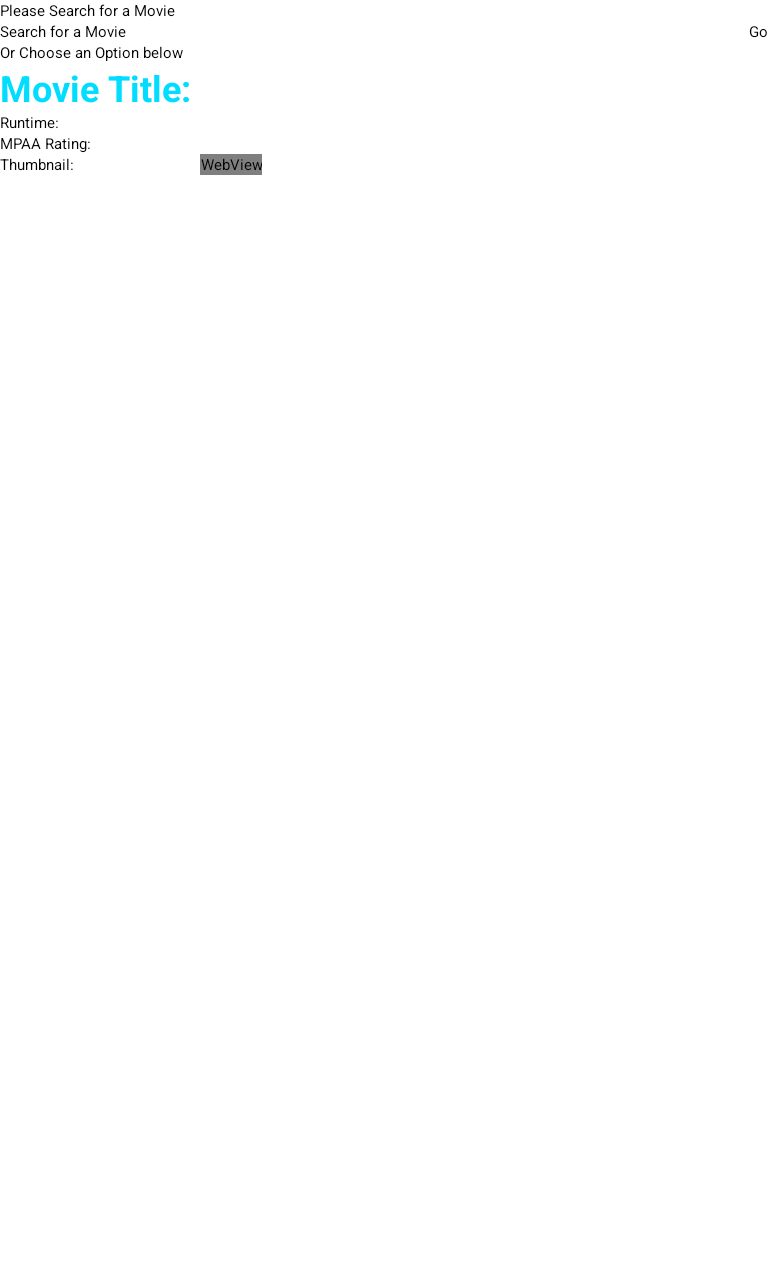
Repository: mikesmithjr/Java1
Layout: Week 4/MovieListing/res/layout/form.xml
The author's editor kept a copy of each file at every save. The layout is drawn from the files as they stood at one save, then again after the next save.
Pictures or frames that could not be fetched are drawn as grey boxes. It is drawn on a 768 x 1280 px phone screen (xhdpi) without system bars, with theme AppTheme; the app's code is not run.

Above is the layout before, as saved 2013-08-01 06:24:45.

### Week 4/MovieListing/res/layout/form.xml
<?xml version="1.0" encoding="utf-8"?>
<LinearLayout xmlns:android="http://schemas.android.com/apk/res/android"
    android:layout_width="match_parent"
    android:layout_height="match_parent"
    android:orientation="vertical" >

    <TextView
            android:layout_width="match_parent"
            android:layout_height="wrap_content"
            android:text="@string/please_search_for_a_movie"/>

    <LinearLayout
        android:layout_width="match_parent"
        android:layout_height="wrap_content"
        android:orientation="horizontal">


        <EditText
            android:id="@+id/searchField"
            android:layout_width="0dip"
            android:layout_weight="1"
            android:layout_height="wrap_content"
            android:hint="@string/search_for_a_movie"/>

        <Button
            android:id="@+id/searchButton"
            android:layout_width="wrap_content"
            android:layout_height="wrap_content"
            android:text="@string/go"/>


    </LinearLayout>

    <TextView
        android:layout_width="match_parent"
        android:layout_height="wrap_content"
        android:text="@string/or_choose_an_option_below"/>

    <Spinner
        android:id="@+id/spinner"
        android:layout_width="match_parent"
        android:layout_height="wrap_content"/>

    <GridLayout
        android:id="@+id/moviedata"
        android:layout_width="match_parent"
        android:layout_height="0dip"
        android:layout_weight="1"
        android:columnCount="2">

        <TextView
            android:layout_width="wrap_content"
            android:layout_height="wrap_content"
            android:text="@string/movie_title_"
            style="@style/MovieLabel"/>
        <TextView
            android:id="@+id/data_title"
            android:layout_width="wrap_content"
            android:layout_height="wrap_content"
            style="@style/MovieInfo"/>
        <TextView
            android:layout_width="wrap_content"
            android:layout_height="wrap_content"
            android:text="@string/runtime_"/>
        <TextView
            android:id="@+id/data_runtime"
            android:layout_width="wrap_content"
            android:layout_height="wrap_content"/>
        <TextView
            android:layout_width="wrap_content"
            android:layout_height="wrap_content"
            android:text="@string/mpaa_rating_"/>
        <TextView
            android:id="@+id/data_rating"
            android:layout_width="wrap_content"
            android:layout_height="wrap_content"/>
        <TextView
            android:layout_width="wrap_content"
            android:layout_height="wrap_content"
            android:text="@string/thumbnail_"/>
        <WebView
            android:id="@+id/data_thumbnail"
            android:layout_width="wrap_content"
            android:layout_height="wrap_content"/>

    </GridLayout>

</LinearLayout>

### Week 4/MovieListing/res/values/styles.xml
<resources xmlns:android="http://schemas.android.com/apk/res/android">



    <!-- Application theme. -->
    <style name="AppTheme" parent="android:Theme.dark"/>

        <style name= "MovieLabel">
            <item name= "android:textStyle">bold</item>
            <item name= "android:textColor">@android:color/holo_blue_bright</item>
            <item name= "android:textSize">18dp</item>
        </style>
        <style name= "MovieInfo">
            <item name= "android:textStyle">normal</item>
            <item name= "android:textColor">@android:color/holo_green_light</item>
            <item name= "android:textSize">18dp</item>
        </style>


</resources>

### Week 4/MovieListing/res/values/strings.xml
<?xml version="1.0" encoding="utf-8"?>
<resources>

    <string name="app_name">MovieListing</string>
    <string name="action_settings">Settings</string>
    <string name="hello_world">Hello world!</string>
    <string-array name="movie_array">
        <item >Please Choose an option</item>
        <item >Current Movies</item>
        <item >Upcoming Movies</item>

    </string-array>
        <string name="search_for_a_movie">Search for a Movie</string>
        <string name="go">Go</string>
        <string name="please_search_for_a_movie">Please Search for a Movie</string>
        <string name="or_choose_an_option_below">Or Choose an Option below</string>
        <string name="movie_title_">"Movie Title: "</string>
        <string name="runtime_">"Runtime: "</string>
        <string name="mpaa_rating_">"MPAA Rating: "</string>
        <string name="thumbnail_">"Thumbnail: "</string>

</resources>

After the next save:
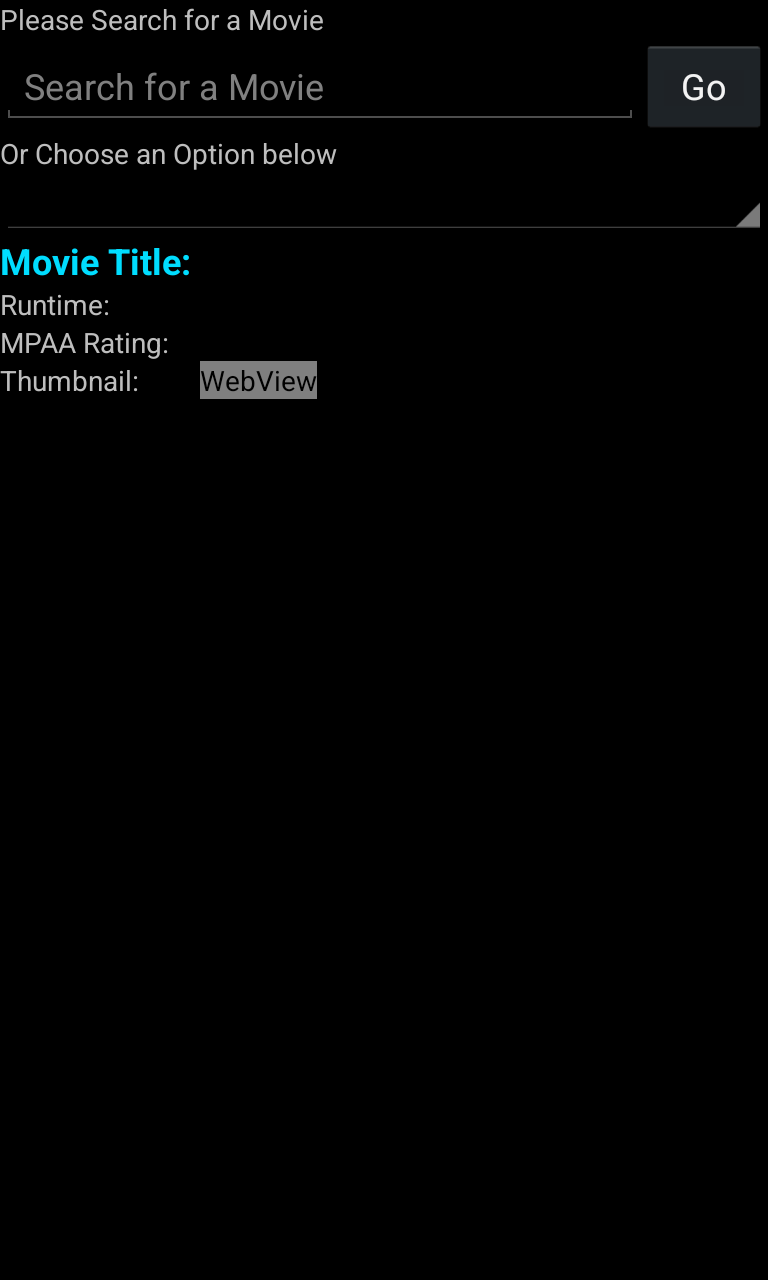
Saved 2 min 6 s later.
--- a/Week 4/MovieListing/res/values/styles.xml
+++ b/Week 4/MovieListing/res/values/styles.xml
@@ -1,10 +1,6 @@
 <resources xmlns:android="http://schemas.android.com/apk/res/android">
 
-
-
-    <!-- Application theme. -->
-    <style name="AppTheme" parent="android:Theme.dark"/>
-
+       <style name="AppTheme" parent="android:Theme.Holo"></style>
         <style name= "MovieLabel">
             <item name= "android:textStyle">bold</item>
             <item name= "android:textColor">@android:color/holo_blue_bright</item>

After the save that followed:
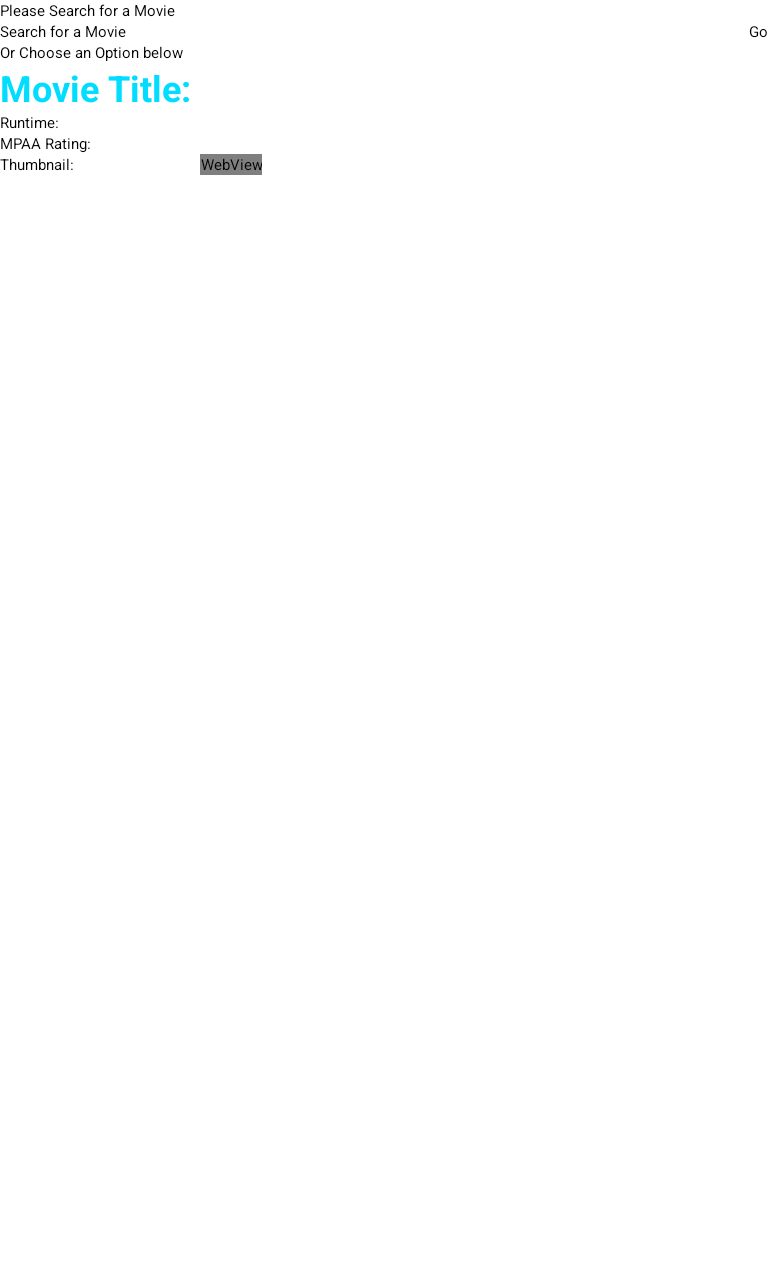
Saved 9 s later.
--- a/Week 4/MovieListing/res/values/styles.xml
+++ b/Week 4/MovieListing/res/values/styles.xml
@@ -1,6 +1,6 @@
 <resources xmlns:android="http://schemas.android.com/apk/res/android">
 
-       <style name="AppTheme" parent="android:Theme.Holo"></style>
+       <style name="AppTheme" parent="android:Theme.Dark"></style>
         <style name= "MovieLabel">
             <item name= "android:textStyle">bold</item>
             <item name= "android:textColor">@android:color/holo_blue_bright</item>
